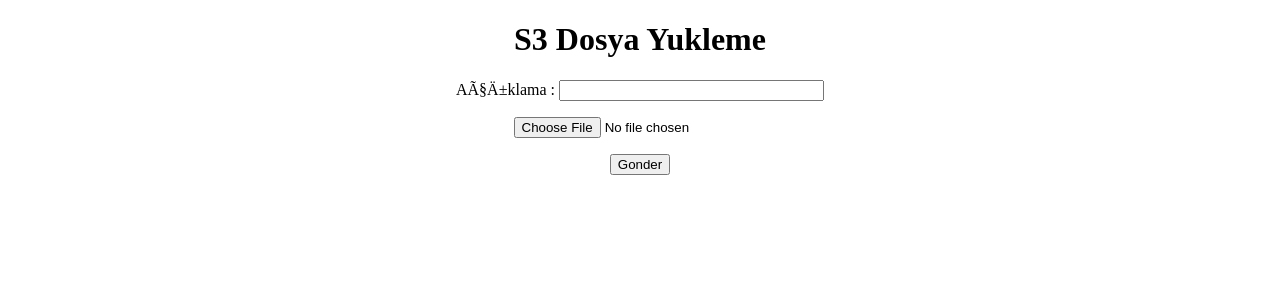
Repository: erengthb/AWS-Java-Servlet-Project
Page: http://localhost/Proje/
An editor plug-in stored every save of this project. The page is shown before and after the next save, followed by the edit.
The browser window is 1280 px wide. The pictures show the whole page.
The page is served by Tomcat 9.

Above is the page before, as saved 2022-04-15 23:03:42.

After the next save:
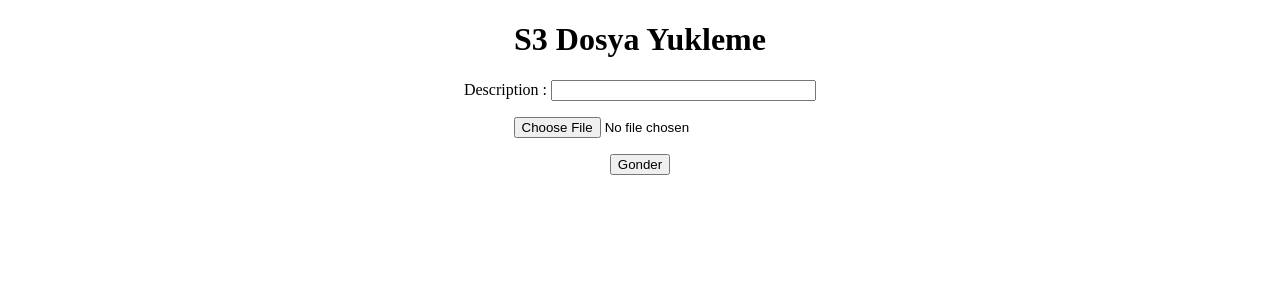
Saved 5 s later.
--- a/Proje/src/main/webapp/upload.jsp
+++ b/Proje/src/main/webapp/upload.jsp
@@ -4,7 +4,7 @@
 <html>
 <head>
 <meta charset="ISO-8859-1">
-<title>Dosya Yukleme</title>
+<title>Dosya Yükleme</title>
 </head>
 <body>
 
@@ -13,7 +13,7 @@
 <div><h1>S3  Dosya Yukleme</h1></div>
 <div>
 <form action ="upload" method = "post" enctype = "multipart/form-data">
-<p> Açıklama : <input type ="text" name= "Description	" size="30" required/> </p>
+<p> Description : <input type ="text" name= "Description	" size="30" required/> </p>
 
 <p> <input type ="file" name = "file" required /></p>
 <p> <button type= "submit" >Gonder</button> </p>

After the 2 saves that followed:
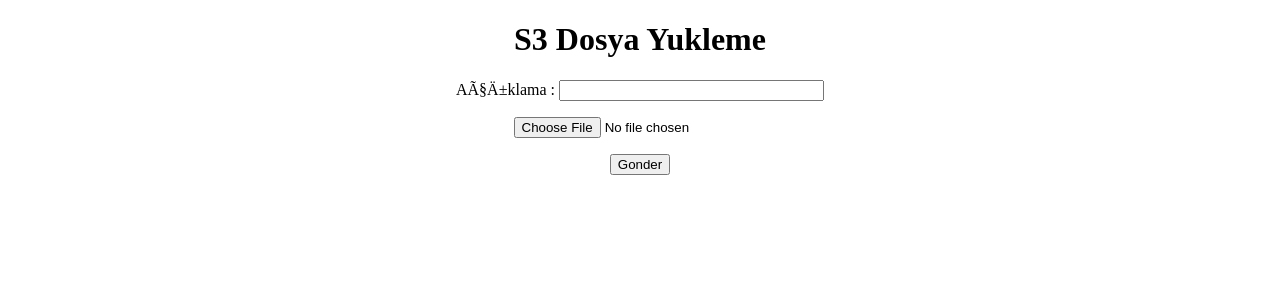
The 2 saves are shown as one change because 1 left the picture as it was.
The last was saved 28 s later.
--- a/Proje/src/main/webapp/upload.jsp
+++ b/Proje/src/main/webapp/upload.jsp
@@ -4,7 +4,7 @@
 <html>
 <head>
 <meta charset="ISO-8859-1">
-<title>Dosya Yükleme</title>
+<title>Dosya Yukleme</title>
 </head>
 <body>
 
@@ -13,7 +13,7 @@
 <div><h1>S3  Dosya Yukleme</h1></div>
 <div>
 <form action ="upload" method = "post" enctype = "multipart/form-data">
-<p> Description : <input type ="text" name= "Description	" size="30" required/> </p>
+<p> Açıklama : <input type ="text" name= "Description	" size="30" required/> </p>
 
 <p> <input type ="file" name = "file" required /></p>
 <p> <button type= "submit" >Gonder</button> </p>
